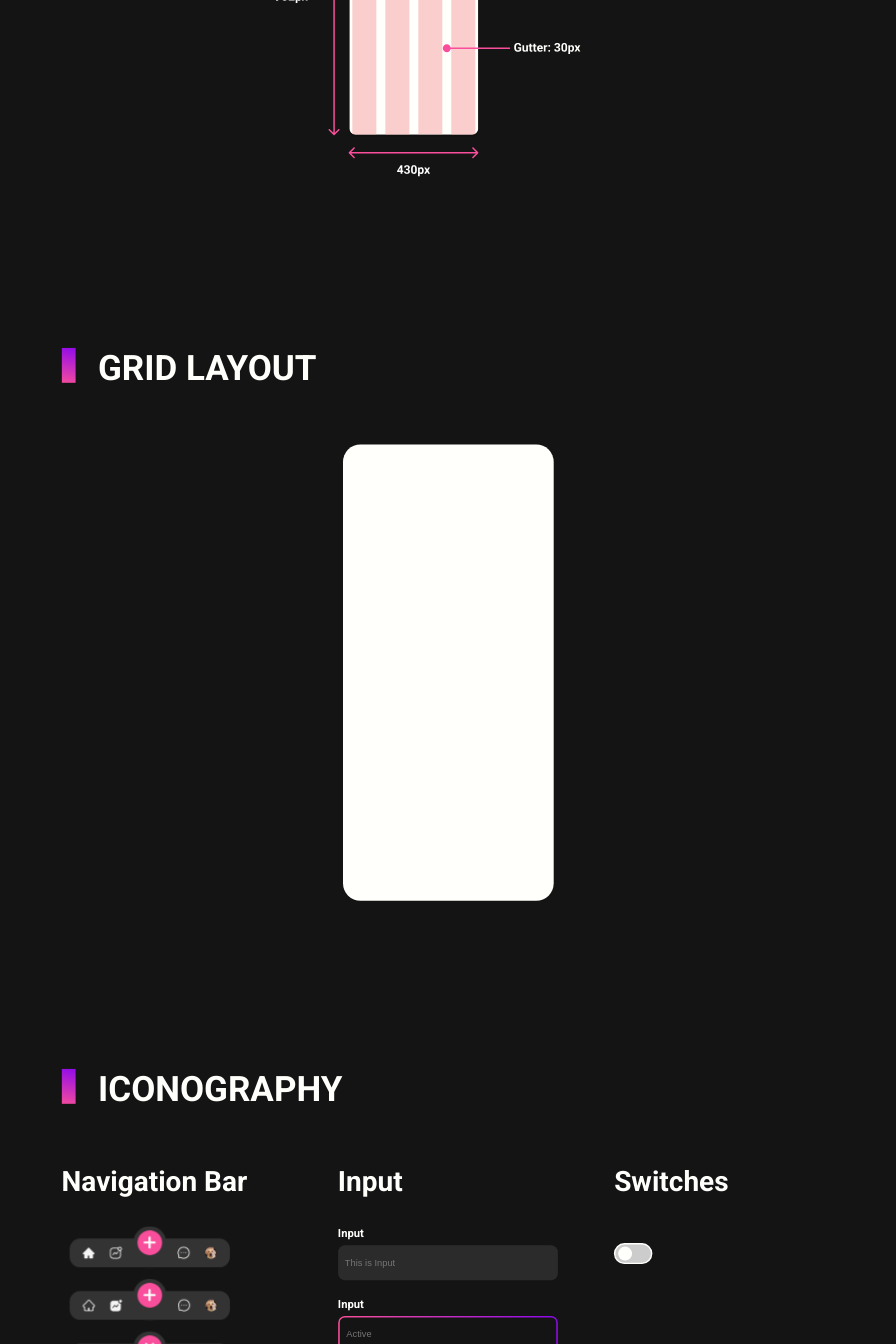
Repository: MonicaNguyenH/artflow_frontend_vanJS
Page: index.html
These files come from the project's save history. The page is drawn as it stood at one moment and after the next save; the edit follows.
The browser window is 1280 px wide. The pictures show the part of the page from y = 2847 to 4767 px (the page is 6020 px tall), at 70% of full size.
Some web fonts or font styles are not loaded; a fallback is used.

Above is the page before, as saved 2024-05-07 10:48:30.

After the next save:
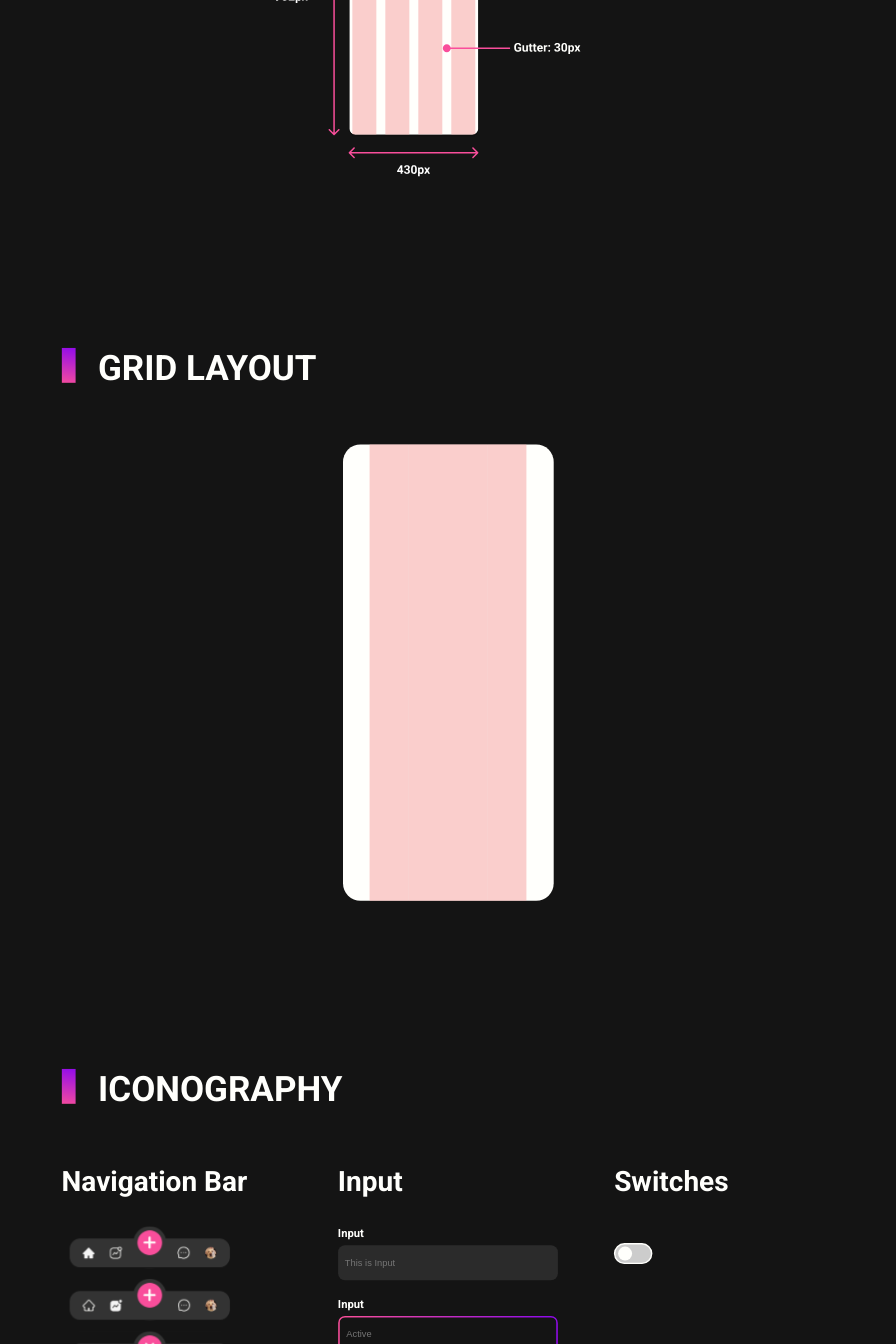
Saved 9 s later.
--- a/css/style.css
+++ b/css/style.css
@@ -503,7 +503,7 @@ input:checked + .slider:before {
 .grid-col {
     height: 652px;
     width: 56px;
-    color: rgba(245, 158, 158, 0.50);
+    background: rgba(245, 158, 158, 0.50);
 }
 
 
